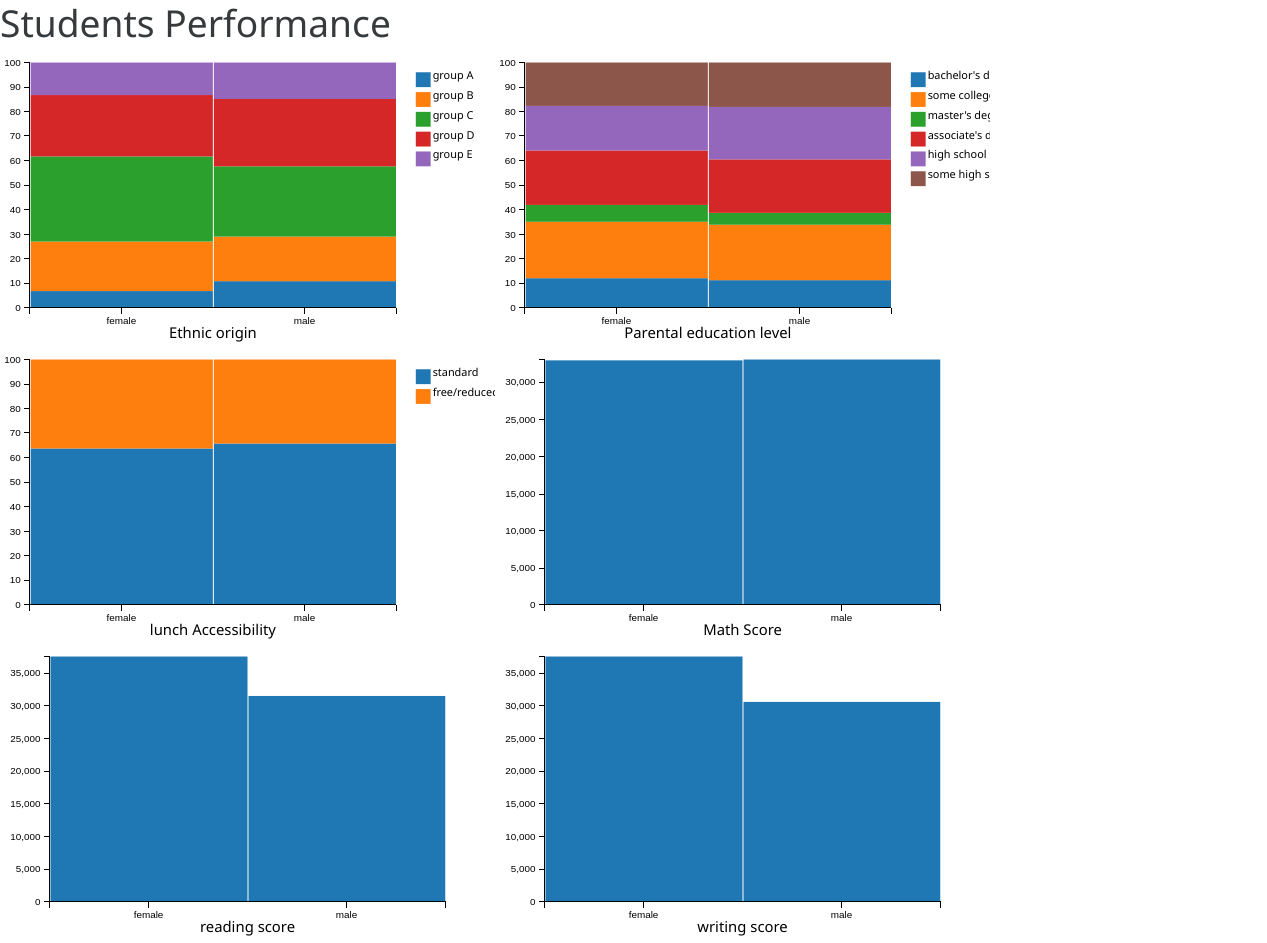
Repository: Baal89/second-milestone-project
Page: index.html
The author's editor kept a record of every edit. The page is drawn from the files as they stood at one moment, then again after the next edit.
The browser window is 1280 px wide. The pictures show the whole page, at 99% of full size.

Above is the page before.
Console error: TypeError: Cannot read properties of null (reading 'textContent')

After the next edit:
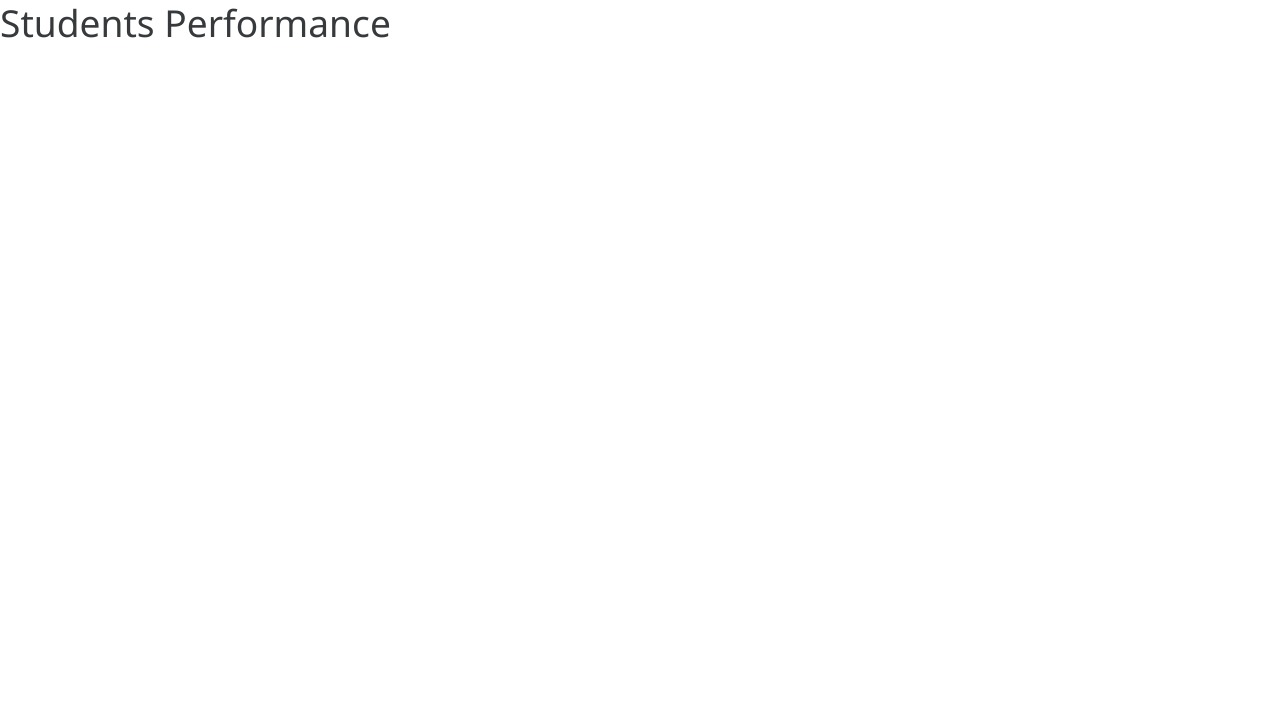
Console error: ReferenceError: show_parental_education is not defined
The edit:
--- a/static/js/graph.js
+++ b/static/js/graph.js
@@ -13,6 +13,8 @@
     show_performance_in_writing(ndx);
     show_ethnic_math_result(ndx);
     show_ethnic_reading_result(ndx);
+    show_ethnic_writing_result(ndx);
+    show_parental_education-math-result(ndx);
 
     dc.renderAll();
 }

After the 3 edits that followed:
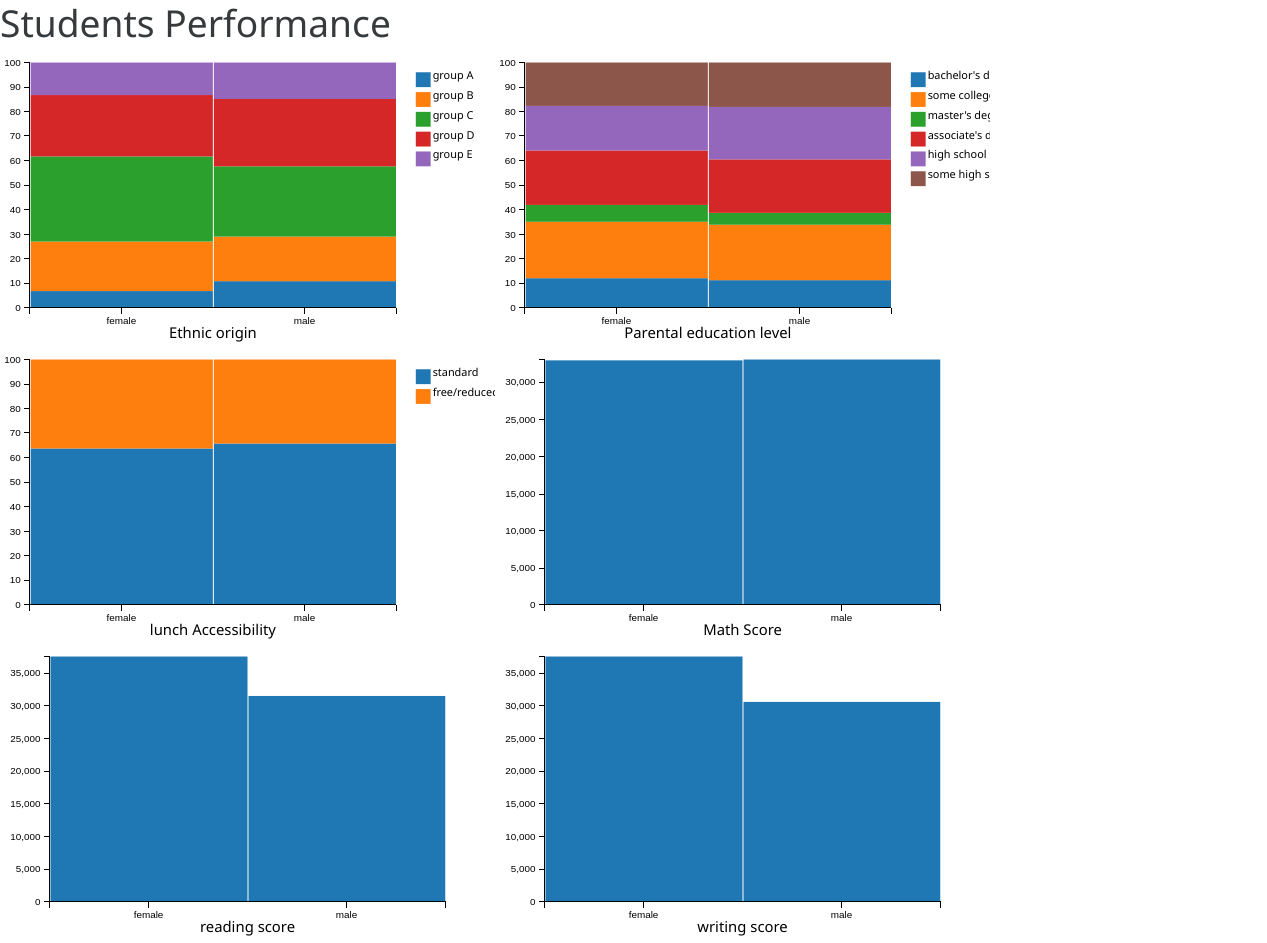
Console error: TypeError: Cannot read properties of null (reading 'textContent')
The 3 edits are shown as one change because 2 left the picture as it was.
The edit:
--- a/static/js/graph.js
+++ b/static/js/graph.js
@@ -14,7 +14,7 @@
     show_ethnic_math_result(ndx);
     show_ethnic_reading_result(ndx);
     show_ethnic_writing_result(ndx);
-    show_parental_education-math-result(ndx);
+    show_parental_education_math_result(ndx);
 
     dc.renderAll();
 }
@@ -292,3 +292,21 @@
         .elasticY(true)
         .yAxis().ticks(10);
 }
+
+function show_parental_education_math_result(ndx) {
+    var dim = ndx.dimension(dc.pluck("ethnicity"));
+    var group = dim.group().reduceSum(dc.pluck("writing score"));
+
+    dc.barChart("#ethnic-writing-result")
+        .width(500)
+        .height(300)
+        .margins({ top: 10, right: 50, bottom: 30, left: 50 })
+        .dimension(dim)
+        .group(group)
+        .transitionDuration(500)
+        .x(d3.scale.ordinal())
+        .xUnits(dc.units.ordinal)
+        .xAxisLabel("ethnic writing result")
+        .elasticY(true)
+        .yAxis().ticks(10);
+}
